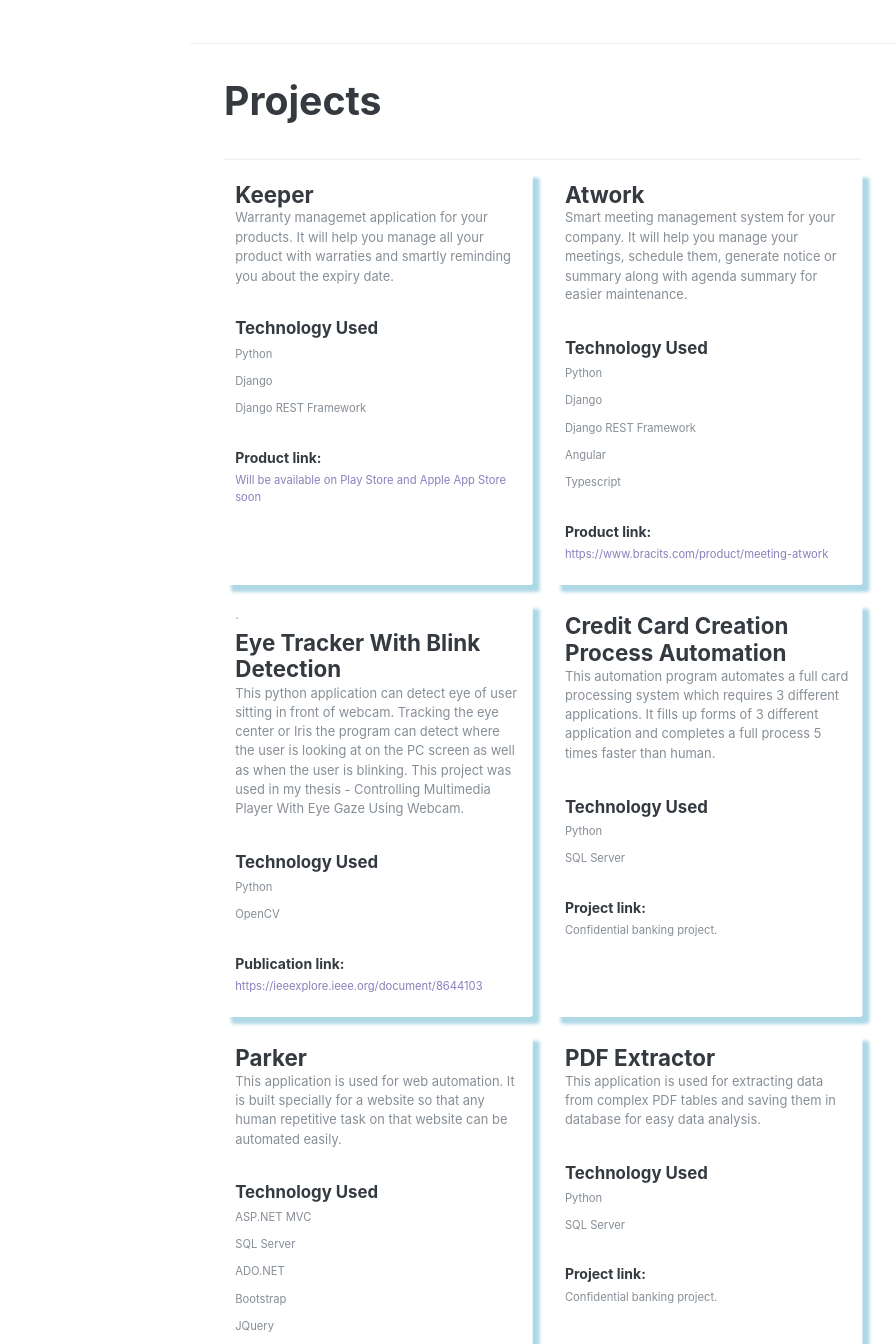
Repository: xahin96/xahin96.github.io
Page: index.html
The author's editor kept a copy of each file at every save. The page is drawn from the files as they stood at one save, then again after the next save.
The browser window is 1280 px wide. The pictures show the part of the page from y = 3354 to 5274 px (the page is 5491 px tall), at 70% of full size.
Some web fonts or font styles are not loaded; a fallback is used.

Above is the page before, as saved 2024-04-27 12:45:45.

After the next save:
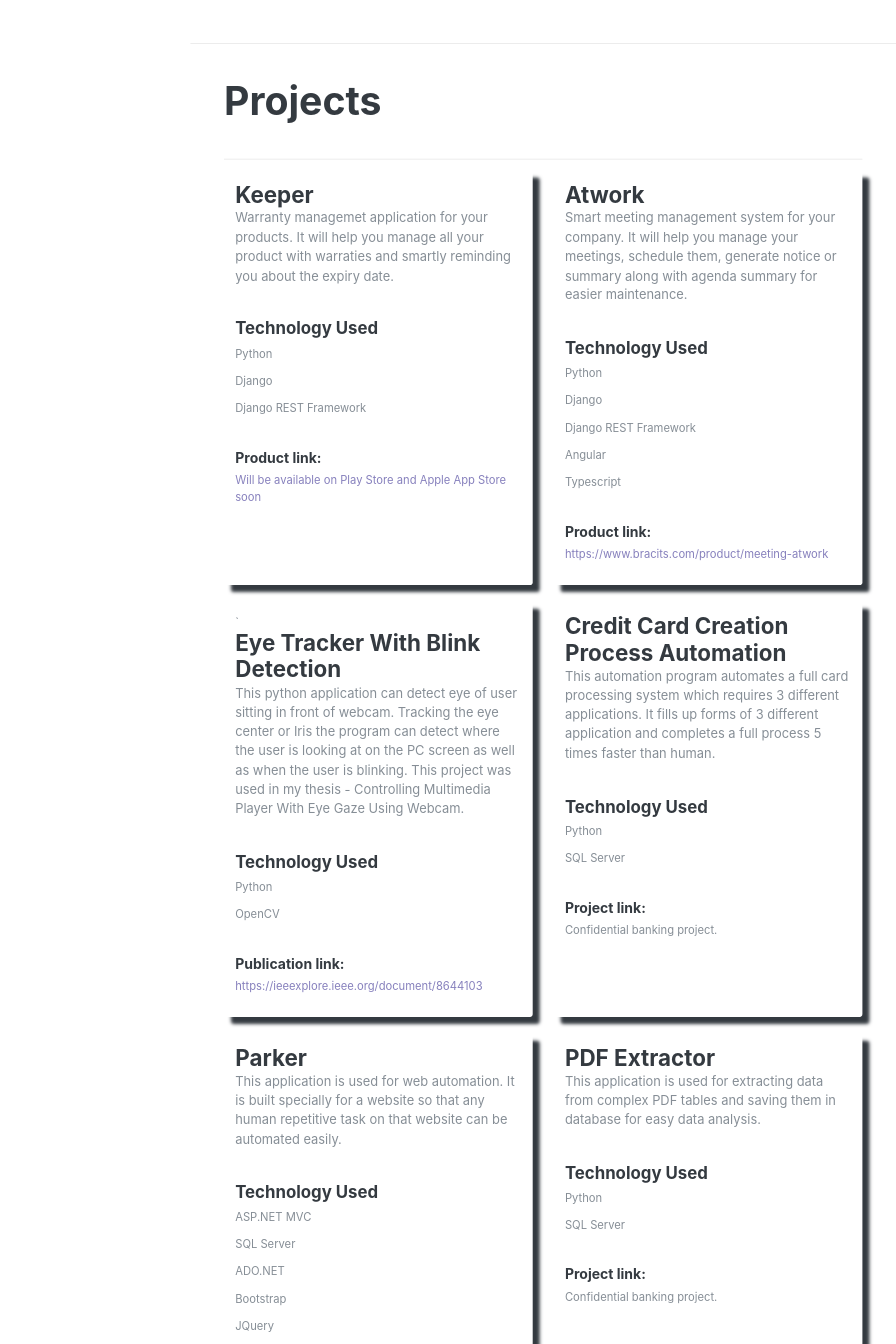
Saved 6 s later.
--- a/css/resume.css
+++ b/css/resume.css
@@ -215,6 +215,6 @@ a:hover, a:focus, a:active {
 .project .card{
   height: 100%;
   border: none;
-  box-shadow: 10px 10px 5px lightblue;
+  box-shadow: 10px 10px 5px #343a40;
   /* background: red; */
 }
